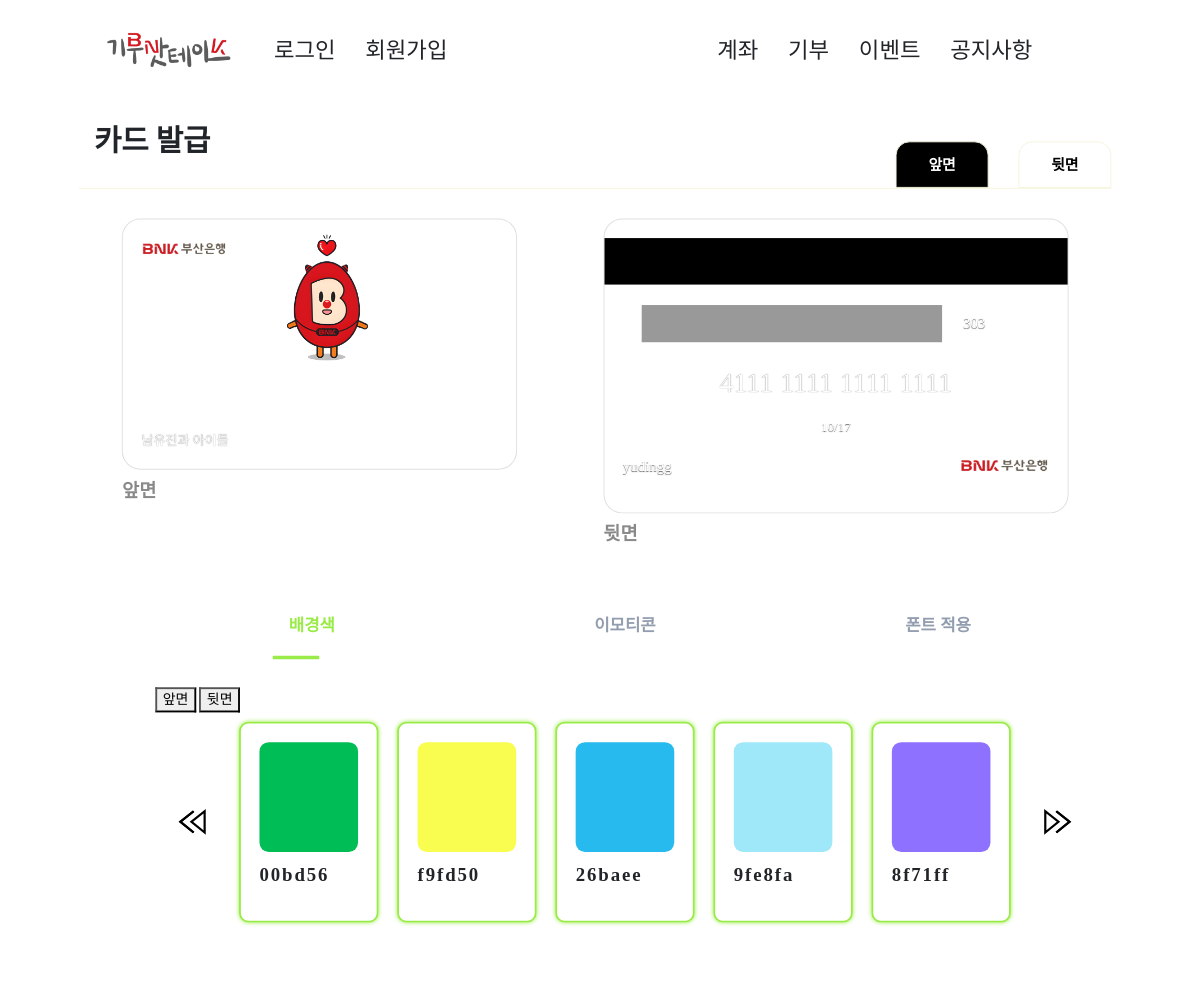
Repository: BNK-GiveNotTake/BNK-GNK-PJT
Page: http://localhost/GNT_PJT/Card/Card.jsp
These files come from the project's save history. The page is drawn as it stood at one moment and after the next save; the edit follows.
The browser window is 1280 px wide. The pictures show the whole page, at 93% of full size.
After loading, the first visible `div.back-card` was clicked once.
Some web fonts or font styles are not loaded; a fallback is used. The page is served by Tomcat 9.

Above is the page before, as saved 2022-08-30 06:14:31.

After the next save:
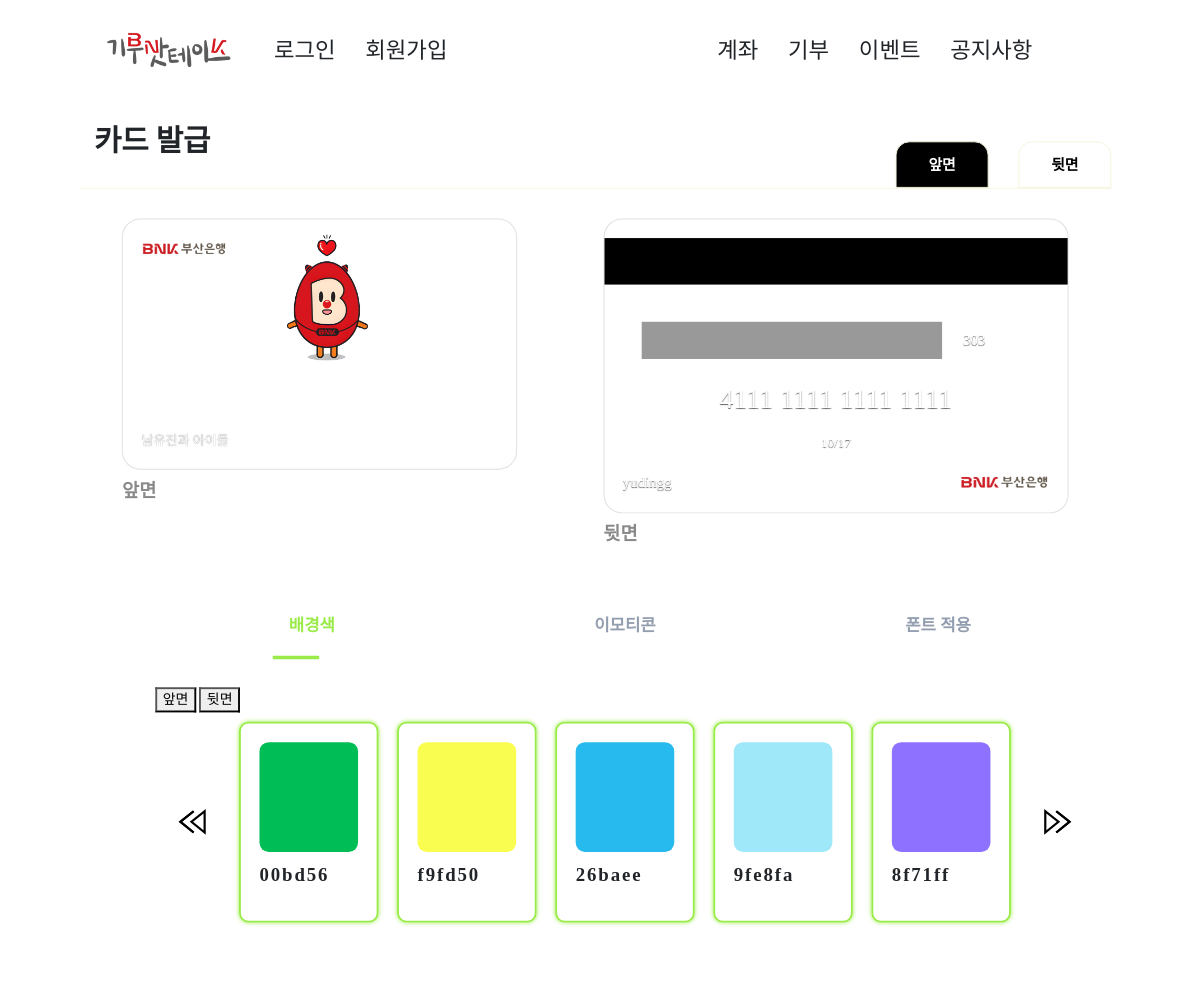
Saved 14 s later.
--- a/GNT_PJT/src/main/webapp/Card/Card.jsp
+++ b/GNT_PJT/src/main/webapp/Card/Card.jsp
@@ -50,7 +50,7 @@
 				$('#front').addClass('card--front_small');
 				$('#back').removeClass('card--back');
 				$('#back').addClass('card--back_big');
-				$('.card-change-margin').css('margin-top', '1.2px');
+				$('.card-change-margin').css('margin-top', '1.2rem');
 			})
 
 			/* $('.font__color-black').click(function() {
